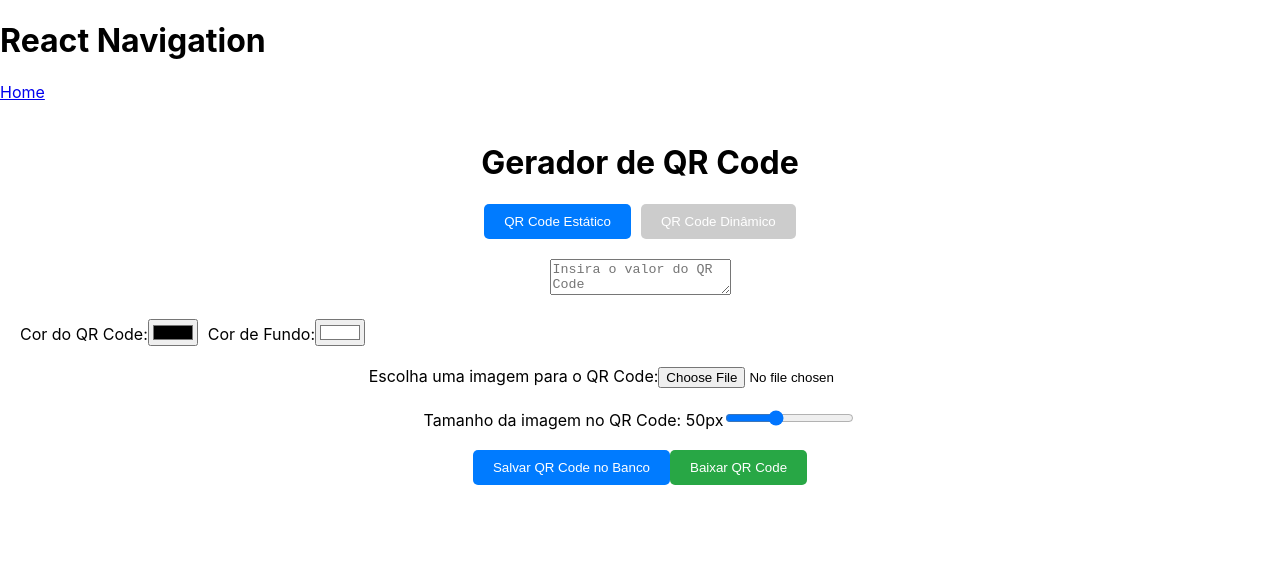
Repository: MarcusVTAlmeida/ReactQrcode
Page: /Home
These files come from the project's save history. The page is drawn as it stood at one moment and after the next save; the edit follows.
The browser window is 1280 px wide. The pictures show the whole page.
The project was rebuilt for these pictures with package versions that can differ from the ones it lists, and the page was loaded fresh each time. Also part of the build but not shown: src/login.js, src/profile.js.

Above is the page before, as saved 2024-12-16 21:09:55.

### src/App.js
import React from 'react';
import { BrowserRouter as Router, Routes, Route } from 'react-router-dom';
import Home from './home';
import Login from './login';
import Profile from './profile';

function App() {
  return (
    <Router>
      <div>
        <h1>React Navigation</h1>
        {/* Links de navegação */}
        <nav>
          <a href="/Home">Home</a>
        </nav>
        {/* Configuração de Rotas */}
        <Routes>
          <Route path="/" element={<Login />} />
          <Route path="/Home" element={<Home />} />
          <Route path="/Profile" element={<Profile />} />
        </Routes>
      </div>
    </Router>
  );
}

export default App;

### src/home.js
import React, { useState, useRef } from 'react';
import { QRCodeCanvas } from 'qrcode.react';
import { firestore, auth } from './firebase';
import { collection, doc, setDoc, serverTimestamp } from 'firebase/firestore';

export default function App() {
  const [qrCodeValue, setQrCodeValue] = useState('');
  const [isStaticMode, setIsStaticMode] = useState(true); // Adiciona o modo padrão como estático

  const [fgColor, setFgColor] = useState('#000000');
  const [bgColor, setBgColor] = useState('#ffffff');

  const [imageURL, setImageURL] = useState(null);
  const [imageSize, setImageSize] = useState(50);

  const qrCodeRef = useRef();

  // Alternar entre QR Code dinâmico e estático
  const toggleMode = (mode) => {
    setIsStaticMode(mode === 'static');
  };

  // Upload de imagem e conversão para Base64
  const handleImageUpload = (e) => {
    const file = e.target.files[0];
    if (file && (file.type === 'image/png' || file.type === 'image/svg+xml')) {
      const reader = new FileReader();

      reader.onload = (event) => {
        setImageURL(event.target.result);
      };

      reader.readAsDataURL(file);
    } else {
      alert('Por favor, selecione uma imagem no formato PNG ou SVG.');
    }
  };

  // Salvar QR Code no Firestore
  const handleSaveQRCode = async () => {
    if (!qrCodeValue.trim()) {
      alert('Por favor, insira um valor para o QR Code!');
      return;
    }

    const user = auth.currentUser;
    if (!user) {
      alert('Você precisa estar logado para salvar QR Codes!');
      return;
    }

    try {
      const docRef = doc(collection(firestore, 'links'));
      const qrCodeData = {
        value: qrCodeValue.trim(),
        contentType: isStaticMode ? 'estatico' : 'dinamico',
        createdAt: serverTimestamp(),
        userId: user.uid,
        fgColor,
        bgColor,
        imageURL,
      };

      await setDoc(docRef, qrCodeData);
      alert('QR Code salvo com sucesso!');
    } catch (error) {
      console.error('Erro ao salvar QR Code:', error);
      alert('Erro ao salvar QR Code. Tente novamente.');
    }
  };

  // Download do QR Code como PNG
  const handleDownloadQRCode = () => {
    const canvas = qrCodeRef.current.querySelector('canvas');
    if (!canvas) {
      alert('Erro ao gerar QR Code para download.');
      return;
    }

    const link = document.createElement('a');
    link.href = canvas.toDataURL('image/png');
    link.download = 'qrcode.png';
    link.click();
  };

  return (
    <div style={styles.container}>
      <h1>Gerador de QR Code</h1>

      <div style={styles.buttonGroup}>
        <button
          onClick={() => toggleMode('static')}
          style={{
            ...styles.toggleButton,
            backgroundColor: isStaticMode ? '#007BFF' : '#ccc',
          }}
        >
          QR Code Estático
        </button>
        <button
          onClick={() => toggleMode('dynamic')}
          style={{
            ...styles.toggleButton,
            backgroundColor: !isStaticMode ? '#28A745' : '#ccc',
          }}
        >
          QR Code Dinâmico
        </button>
      </div>

      <div style={styles.inputContainer}>
        <textarea
          placeholder="Insira o valor do QR Code"
          value={qrCodeValue}
          onChange={(e) => setQrCodeValue(e.target.value)}
          style={styles.input}
        />

        <div style={styles.colorPickerContainer}>
          <label>
            Cor do QR Code:
            <input
              type="color"
              value={fgColor}
              onChange={(e) => setFgColor(e.target.value)}
              style={styles.colorPicker}
            />
          </label>
          <label>
            Cor de Fundo:
            <input
              type="color"
              value={bgColor}
              onChange={(e) => setBgColor(e.target.value)}
              style={styles.colorPicker}
            />
          </label>
        </div>

        <div style={styles.imageUploadContainer}>
          <label>
            Escolha uma imagem para o QR Code:
            <input
              type="file"
              accept=".png,.svg"
              onChange={handleImageUpload}
              style={styles.imageInput}
            />
          </label>
        </div>

        <div style={styles.sliderContainer}>
          <label>
            Tamanho da imagem no QR Code: {imageSize}px
            <input
              type="range"
              min="20"
              max="100"
              value={imageSize}
              onChange={(e) => setImageSize(e.target.value)}
              style={styles.slider}
            />
          </label>
        </div>

        <button style={styles.saveButton} onClick={handleSaveQRCode}>
          Salvar QR Code no Banco
        </button>

        <button style={styles.downloadButton} onClick={handleDownloadQRCode}>
          Baixar QR Code
        </button>

        {qrCodeValue && (
          <div style={styles.qrCodeContainer} ref={qrCodeRef}>
            <QRCodeCanvas
              value={qrCodeValue}
              size={150}
              fgColor={fgColor}
              bgColor={bgColor}
              imageSettings={
                imageURL
                  ? {
                      src: imageURL,
                      height: imageSize,
                      width: imageSize,
                      excavate: false,
                    }
                  : undefined
              }
            />
          </div>
        )}
      </div>
    </div>
  );
}

const styles = {
  container: { padding: '20px', textAlign: 'center' },
  inputContainer: { margin: '20px auto' },
  colorPickerContainer: { marginTop: '20px', display: 'flex', gap: '10px' },
  imageUploadContainer: { marginTop: '20px' },
  sliderContainer: { marginTop: '20px' },
  qrCodeContainer: { marginTop: '20px' },
  buttonGroup: { display: 'flex', justifyContent: 'center', gap: '10px' },
  toggleButton: {
    padding: '10px 20px',
    border: 'none',
    borderRadius: '5px',
    color: 'white',
    cursor: 'pointer',
  },
  saveButton: {
    marginTop: '20px',
    backgroundColor: '#007BFF',
    color: 'white',
    padding: '10px 20px',
    border: 'none',
    borderRadius: '5px',
  },
  downloadButton: {
    marginTop: '10px',
    backgroundColor: '#28A745',
    color: 'white',
    padding: '10px 20px',
    border: 'none',
    borderRadius: '5px',
  },
};

### src/firebase.js
// Import the functions you need from the SDKs you need
import { initializeApp } from "firebase/app";
import { getFirestore } from 'firebase/firestore';
import { getAnalytics } from "firebase/analytics";
import { getAuth } from "firebase/auth";
import { getStorage } from "firebase/storage";  // Importando o Storage

// Your web app's Firebase configuration
// For Firebase JS SDK v7.20.0 and later, measurementId is optional
const firebaseConfig = {
  apiKey: "AIzaSyANnWzrWF4HTNIw2-PyLx1LzhZglVDQbKo",
  authDomain: "qrcode-7bd9a.firebaseapp.com",
  projectId: "qrcode-7bd9a",
  storageBucket: "qrcode-7bd9a.firebasestorage.app",
  messagingSenderId: "617240442081",
  appId: "1:617240442081:web:80603925268030ef3833a0",
  measurementId: "G-TQ543GGTEE"
};

// Initialize Firebase
const app = initializeApp(firebaseConfig);
const firestore = getFirestore(app);
const auth = getAuth(app);
const storage = getStorage(app);  // Inicializando o Storage

export { auth, firestore, storage };

Loaded but not shown: public/index.html (common file); src/index.js (common file); src/index.css (common file); src/reportWebVitals.js (common file)

After the next save:
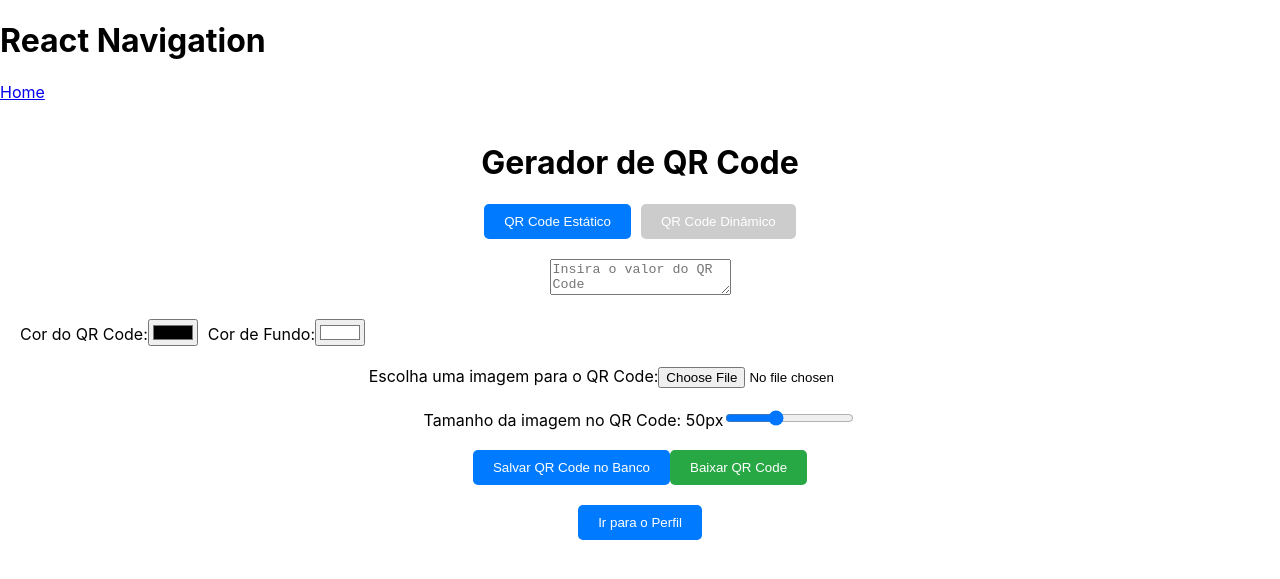
Saved 33 s later.
--- a/src/home.js
+++ b/src/home.js
@@ -2,16 +2,16 @@ import React, { useState, useRef } from 'react';
 import { QRCodeCanvas } from 'qrcode.react';
 import { firestore, auth } from './firebase';
 import { collection, doc, setDoc, serverTimestamp } from 'firebase/firestore';
+import { Link } from 'react-router-dom';
 
 export default function App() {
   const [qrCodeValue, setQrCodeValue] = useState('');
-  const [isStaticMode, setIsStaticMode] = useState(true); // Adiciona o modo padrão como estático
-
+  const [isStaticMode, setIsStaticMode] = useState(true); // Modo estático como padrão
   const [fgColor, setFgColor] = useState('#000000');
   const [bgColor, setBgColor] = useState('#ffffff');
-
   const [imageURL, setImageURL] = useState(null);
   const [imageSize, setImageSize] = useState(50);
+  const [documentId, setDocumentId] = useState(null);
 
   const qrCodeRef = useRef();
 
@@ -25,11 +25,9 @@ export default function App() {
     const file = e.target.files[0];
     if (file && (file.type === 'image/png' || file.type === 'image/svg+xml')) {
       const reader = new FileReader();
-
       reader.onload = (event) => {
         setImageURL(event.target.result);
       };
-
       reader.readAsDataURL(file);
     } else {
       alert('Por favor, selecione uma imagem no formato PNG ou SVG.');
@@ -60,8 +58,8 @@ export default function App() {
         bgColor,
         imageURL,
       };
-
       await setDoc(docRef, qrCodeData);
+      setDocumentId(docRef.id);
       alert('QR Code salvo com sucesso!');
     } catch (error) {
       console.error('Erro ao salvar QR Code:', error);
@@ -76,7 +74,6 @@ export default function App() {
       alert('Erro ao gerar QR Code para download.');
       return;
     }
-
     const link = document.createElement('a');
     link.href = canvas.toDataURL('image/png');
     link.download = 'qrcode.png';
@@ -192,6 +189,14 @@ export default function App() {
           </div>
         )}
       </div>
+
+      <div style={styles.profileButtonContainer}>
+        <Link to="/profile">
+          <button style={styles.profileButton}>
+            Ir para o Perfil
+          </button>
+        </Link>
+      </div>
     </div>
   );
 }
@@ -227,4 +232,15 @@ const styles = {
     border: 'none',
     borderRadius: '5px',
   },
+  profileButtonContainer: {
+    marginTop: '20px',
+  },
+  profileButton: {
+    backgroundColor: '#007BFF',
+    color: 'white',
+    padding: '10px 20px',
+    border: 'none',
+    borderRadius: '5px',
+    cursor: 'pointer',
+  },
 };
